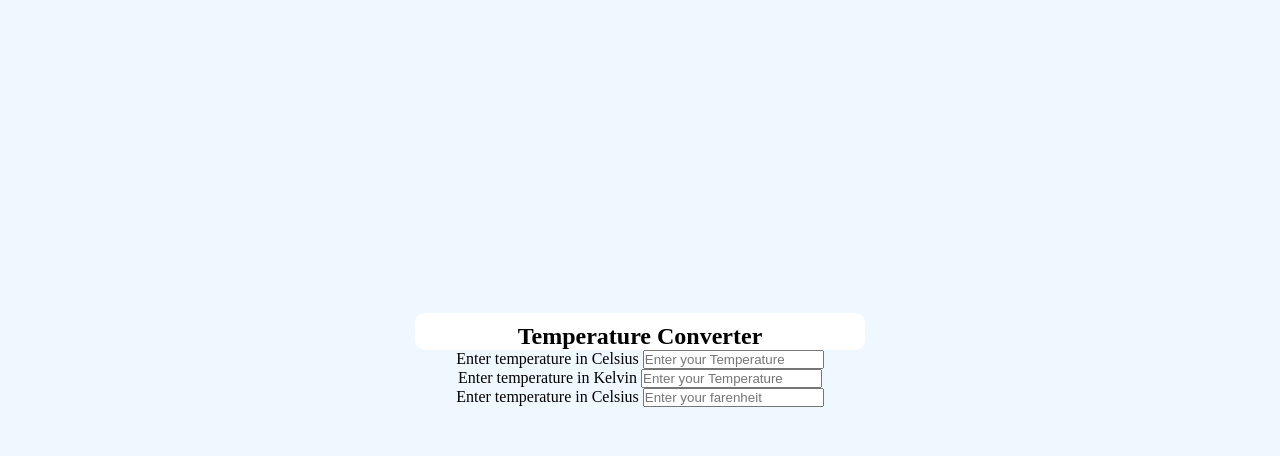
Repository: JunaidAnsari202/Temperature-Converter
Page: index.html
The author's editor kept a copy of each file at every save. The page is drawn from the files as they stood at one save, then again after a run of saves.
The browser window is 1280 px wide. The pictures show the whole page.

Above is the page before, as saved 2024-10-16 13:33:14.
Not found: script,js

After the next 25 saves:
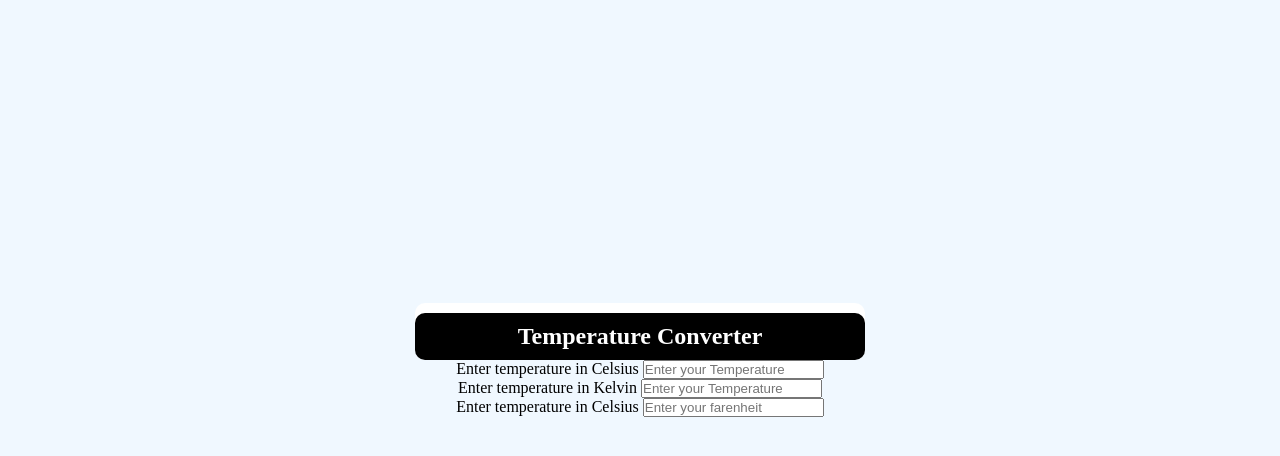
The 25 saves are shown as one change because they came seconds apart.
The last was saved 43 s later.
--- a/style.css
+++ b/style.css
@@ -24,5 +24,9 @@ body{
 
 .header{
     margin-top: 10px;
-    background-color: ;
+    background-color: black;
+    color: white;
+    font-size: 1rem;
+    padding: 10px;
+    border-radius: 10px;
 }
